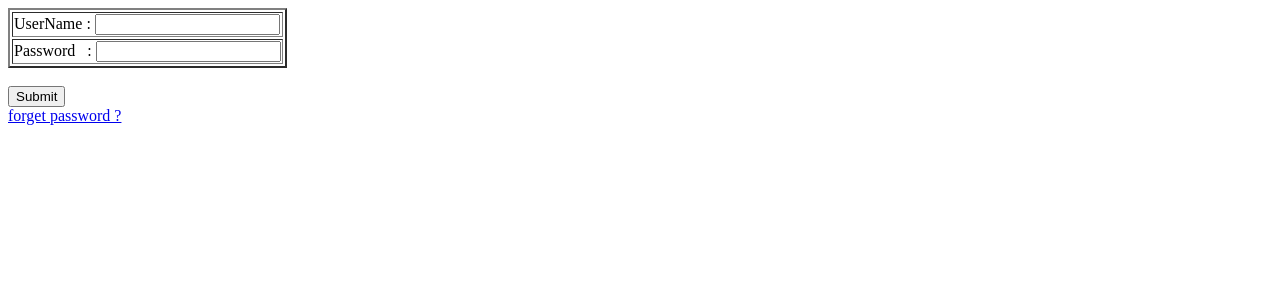
Repository: vishaldhardubey/Java-Programs-BridgeIT
Page: Maven/StudentInfoApplication/WebContent/loginPage.html
An editor plug-in stored every save of this project. The page is shown before and after the next save, followed by the edit.
The browser window is 1280 px wide. The pictures show the whole page.

Above is the page before, as saved 2018-06-20 06:13:41.

After the next save:
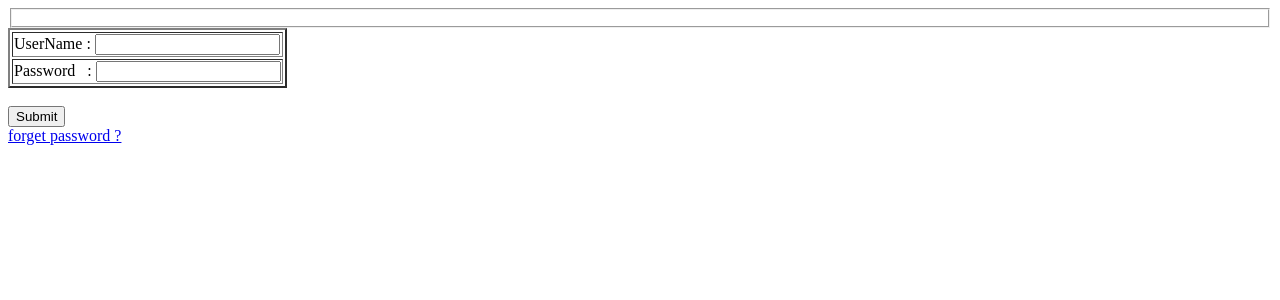
Saved 11 min 45 s later.
--- a/Maven/StudentInfoApplication/WebContent/loginPage.html
+++ b/Maven/StudentInfoApplication/WebContent/loginPage.html
@@ -11,6 +11,7 @@ function Validation(){
 </script>
 </head>
 <body>
+<fieldset title="change Password"></fieldset>
 <form action="login" method="POST">
 	<table border="2">
 	<tr>
